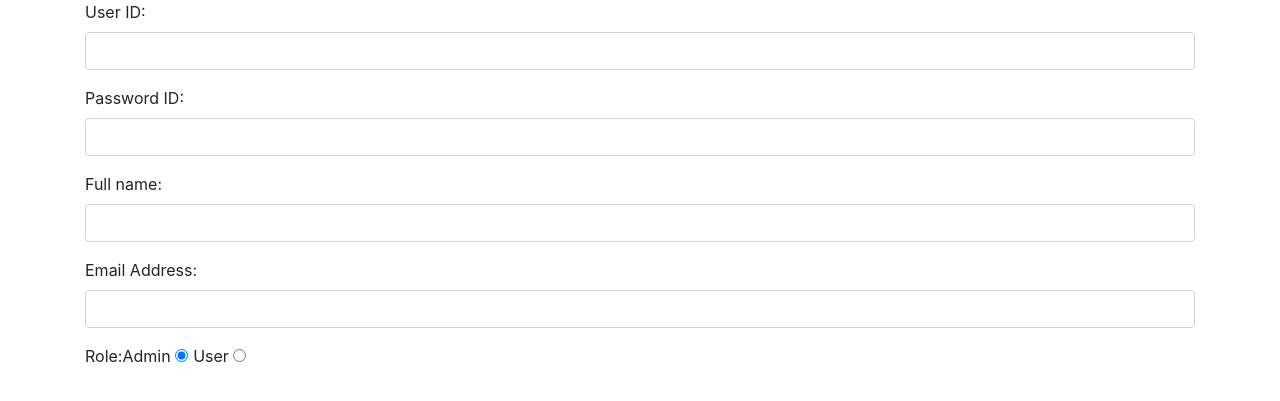
Repository: Hai-Nguyen-21/CRUD_Hibernate
Page: http://localhost/CRUD_Hibernate/user.jsp
An editor plug-in stored every save of this project. The page is shown before and after the next save, followed by the edit.
The browser window is 1280 px wide. The pictures show the whole page.
The page is served by Tomcat 9.

Above is the page before, as saved 2021-09-04 16:50:21.

After the next save:
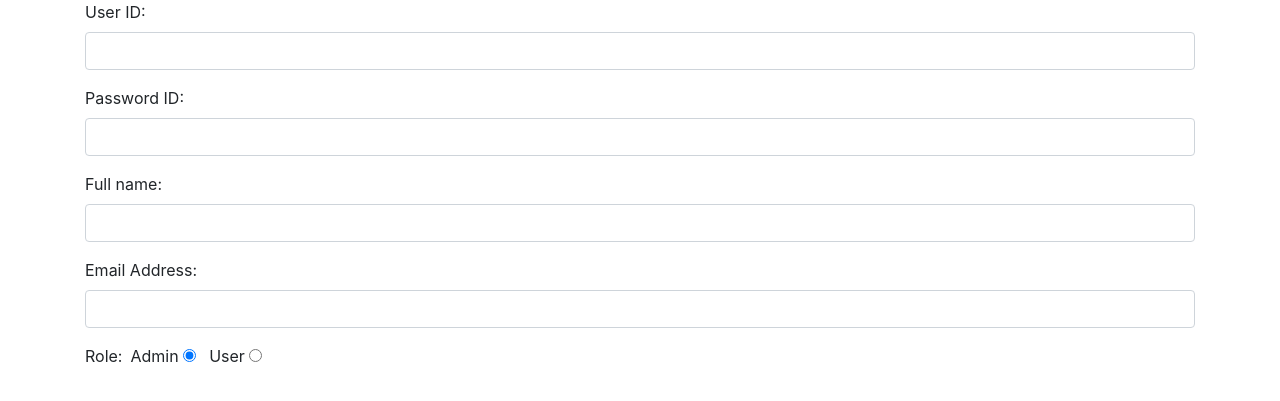
Saved 23 s later.
--- a/CRUD_Hibernate/src/main/webapp/user.jsp
+++ b/CRUD_Hibernate/src/main/webapp/user.jsp
@@ -40,8 +40,8 @@
 					</div>
 					<div class = "form-check form-check-inline">
 						<label> Role: </label>
-						<label >Admin <input type = "radio" name = "admin" id = "admin" class = "form-check-input" checked/></label>
-						<label >User <input type = "radio" name = "user" id = "user" class = "form-check-input"/></label>
+						<label class = "ml-2" >Admin <input type = "radio" name = "admin" id = "admin" class = "form-check-input" checked/></label>
+						<label class = "ml-2" >User <input type = "radio" name = "user" id = "user" class = "form-check-input"/></label>
 					</div>
 				</form>
 			</div>
